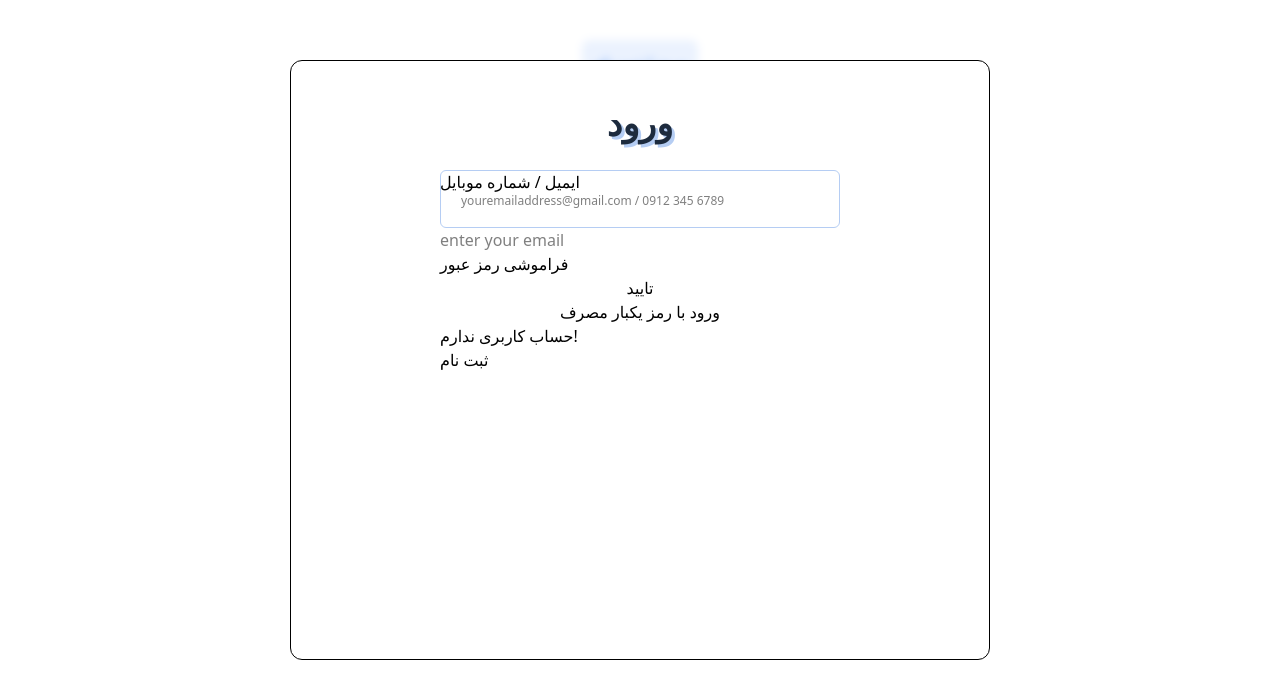
Repository: mohsenSarvariHero/AngularBase
Page: / (app in popup/), after clicking the first element matching `button.rounded-\[8px\]`
These files come from the project's save history. The page is drawn as it stood at one moment and after the next save; the edit follows.
The browser window is 1280 px wide. The pictures show the whole page.
The project was rebuilt for these pictures with package versions that can differ from the ones it lists, and the page was loaded fresh each time.

Above is the page before, as saved 2025-03-23 13:16:45.

### popup/src/index.css
@import "tailwindcss";












/* :root {
  font-family: system-ui, Avenir, Helvetica, Arial, sans-serif;
  line-height: 1.5;
  font-weight: 400;

  color-scheme: light dark;
  color: rgba(255, 255, 255, 0.87);
  background-color: #242424;

  font-synthesis: none;
  text-rendering: optimizeLegibility;
  -webkit-font-smoothing: antialiased;
  -moz-osx-font-smoothing: grayscale;
}

a {
  font-weight: 500;
  color: #646cff;
  text-decoration: inherit;
}
a:hover {
  color: #535bf2;
}

body {
  margin: 0;
  display: flex;
  place-items: center;
  min-width: 320px;
  min-height: 100vh;
}

h1 {
  font-size: 3.2em;
  line-height: 1.1;
}

button {
  border-radius: 8px;
  border: 1px solid transparent;
  padding: 0.6em 1.2em;
  font-size: 1em;
  font-weight: 500;
  font-family: inherit;
  background-color: #1a1a1a;
  cursor: pointer;
  transition: border-color 0.25s;
}
button:hover {
  border-color: #646cff;
}
button:focus,
button:focus-visible {
  outline: 4px auto -webkit-focus-ring-color;
}

@media (prefers-color-scheme: light) {
  :root {
    color: #213547;
    background-color: #ffffff;
  }
  a:hover {
    color: #747bff;
  }
  button {
    background-color: #f9f9f9;
  }
} */

### popup/src/App.jsx

import './App.css'
import PopUp from './popUp/PopUp'
import React, { useState } from 'react';
function App() {
  const [showModal, setShowModal] = useState(false);

  return (
    <div className="flex justify-center mt-10 text-amber-50">
     <button className="rounded-[8px] bg-[#EBF2FE] cursor-pointer text-[#3B82F6] p-3" onClick={() => setShowModal(true)}>ورود / ثبت نام</button>

      {showModal && <PopUp onclose={()=>setShowModal(false)} />}
      </div>
  )
}

export default App

### popup/src/popUp/PopUp.jsx
// import { useState } from "react"

// export default function PopUp(){

//     const[openPopup,setopenPopup]=useState(false)
//     return(
//         <div>
//             {
//                 openPopup &&
//                 <div className="bg-amber-500">
//                 <div className="text-neutral-900">
//                     <h1>ورود</h1>
//                     <input type="text"/>
//                     <input type="submit"/>
//                     <button onClick={() => setOpenPopup(false)}>بستن</button>;

//                 </div>
//             </div>
//             }

//         </div>
//     )
// }

// export default function PopUp({ setOpenPopup }) {
//   return (
//     <div className="bg-amber-500">
//       <div className="text-neutral-900">
//         <h1>ورود</h1>
//         <input type="text" />
//         <input type="submit" />
//         <button onClick={() => setOpenPopup(false)}>close</button>

//         {/* دکمه بستن پاپ آپ */}
//       </div>
//     </div>
//   );
// }



import React, { useRef } from 'react';
import { X } from 'lucide-react';

function PopUp({onclose }) {
    const modalref=useRef();
    const closemodal= (e)=>{
        if(modalref.current===e.target){
            onclose();
        }
    }



  return (
    <div ref={modalref} onClick={closemodal} className="fixed inset-0 text-amber-50  backdrop-blur-xs flex justify-center items-center mb-5">
      <div className="mt-10 flex flex-col gap-5 text-black">
        <div className="rounded-xl bg-white flex flex-col gap-5 items-center mx-4 border-1 border-black w-[700px] h-[600px] mb-5">
          <h1 className='text-[#1d2b3e] text-[35px] font-bold mt-9 ' style={{ textShadow: '3px 3px 0px #B5CDF3' }}>ورود</h1>
          <form className='flex flex-col'>
            <div className='flex flex-col'>
            <label className='absolute left-'>ایمیل / شماره موبایل</label>
              <input type="email" placeholder="youremailaddress@gmail.com / 0912 345 6789" className='border-1 border-[#B5CDF3] rounded-md px-5 py-4 w-[400px] relative placeholder:text-[12px]'    required />
            </div>
            <input type="password" placeholder="enter your email" required />
            <a>فراموشی رمز عبور</a>
            <button type="submit">تایید</button>
            <button type="submit">ورود با رمز یکبار مصرف</button>
            <a>حساب کاربری ندارم!</a>
            <a>ثبت نام</a>
          </form>
        </div>
      </div>
    </div>
  );
}

export default PopUp;

Loaded but not shown: popup/index.html (common file); popup/src/main.jsx (common file); popup/src/App.css (common file)

After the next save:
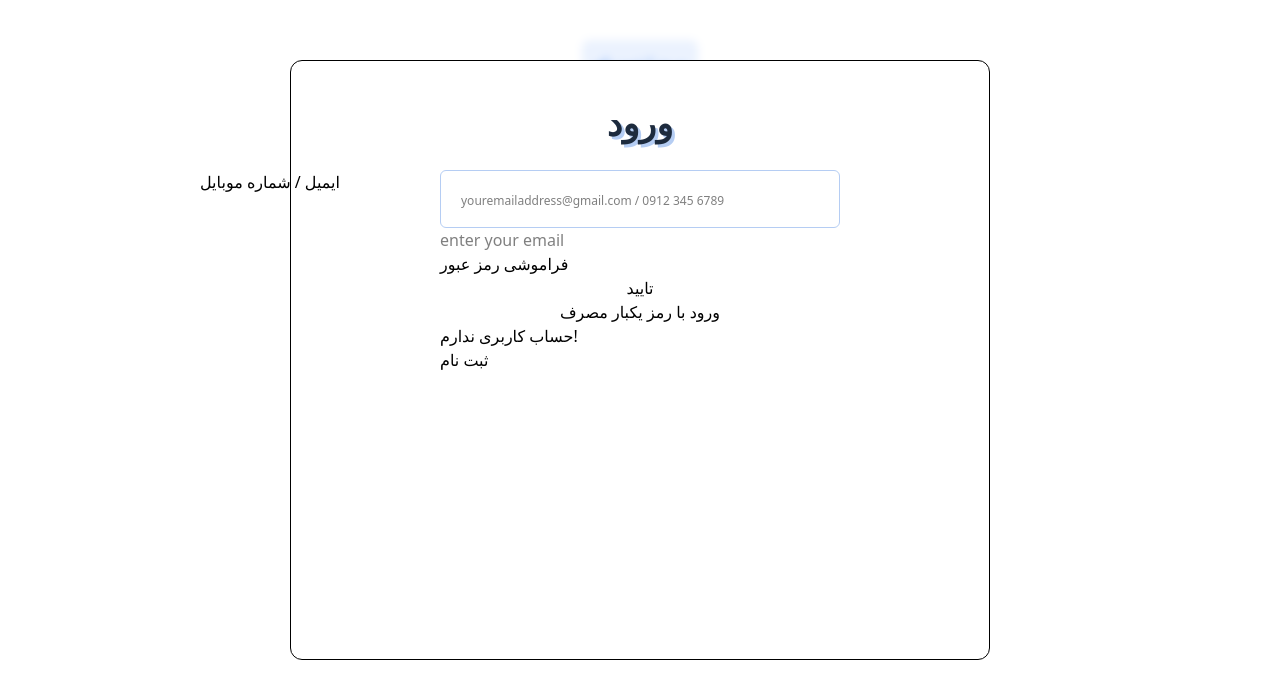
Saved 1 s later.
--- a/popup/src/popUp/PopUp.jsx
+++ b/popup/src/popUp/PopUp.jsx
@@ -59,7 +59,7 @@
           <h1 className='text-[#1d2b3e] text-[35px] font-bold mt-9 ' style={{ textShadow: '3px 3px 0px #B5CDF3' }}>ورود</h1>
           <form className='flex flex-col'>
             <div className='flex flex-col'>
-            <label className='absolute left-'>ایمیل / شماره موبایل</label>
+            <label className='absolute left-50'>ایمیل / شماره موبایل</label>
               <input type="email" placeholder="youremailaddress@gmail.com / 0912 345 6789" className='border-1 border-[#B5CDF3] rounded-md px-5 py-4 w-[400px] relative placeholder:text-[12px]'    required />
             </div>
             <input type="password" placeholder="enter your email" required />

After the save that followed:
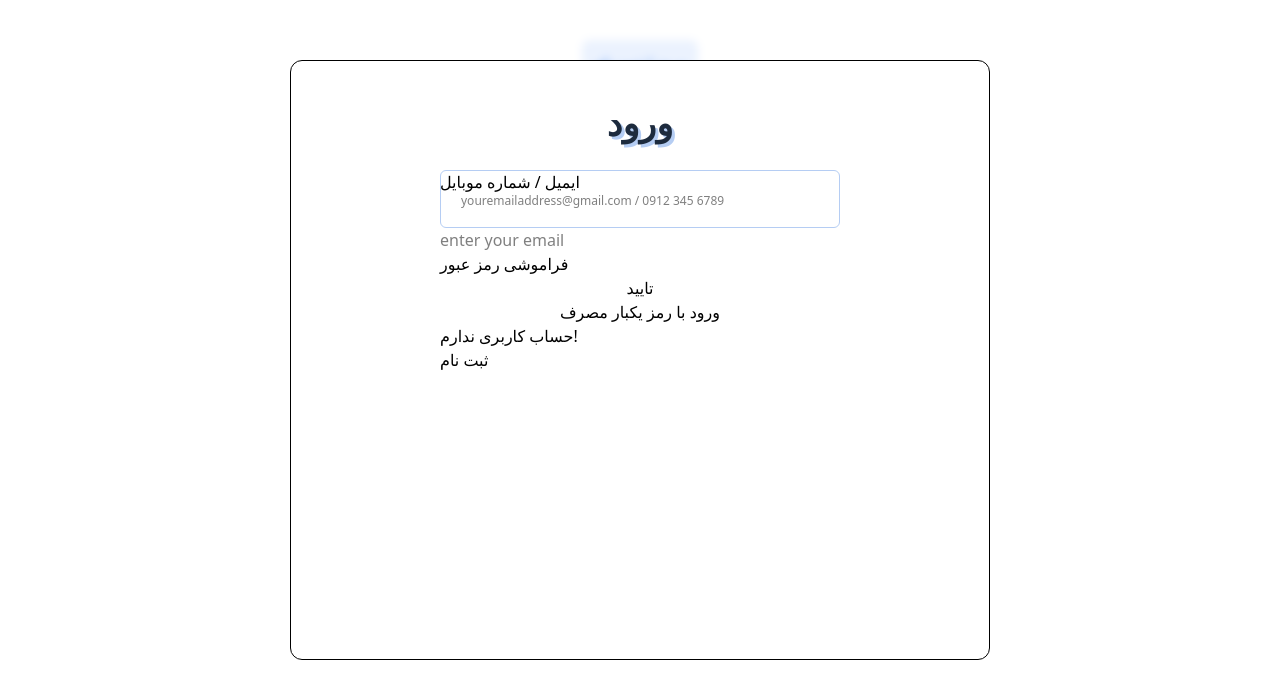
Saved 5 s later.
--- a/popup/src/popUp/PopUp.jsx
+++ b/popup/src/popUp/PopUp.jsx
@@ -59,7 +59,7 @@
           <h1 className='text-[#1d2b3e] text-[35px] font-bold mt-9 ' style={{ textShadow: '3px 3px 0px #B5CDF3' }}>ورود</h1>
           <form className='flex flex-col'>
             <div className='flex flex-col'>
-            <label className='absolute left-50'>ایمیل / شماره موبایل</label>
+            <label className='absolute '>ایمیل / شماره موبایل</label>
               <input type="email" placeholder="youremailaddress@gmail.com / 0912 345 6789" className='border-1 border-[#B5CDF3] rounded-md px-5 py-4 w-[400px] relative placeholder:text-[12px]'    required />
             </div>
             <input type="password" placeholder="enter your email" required />
